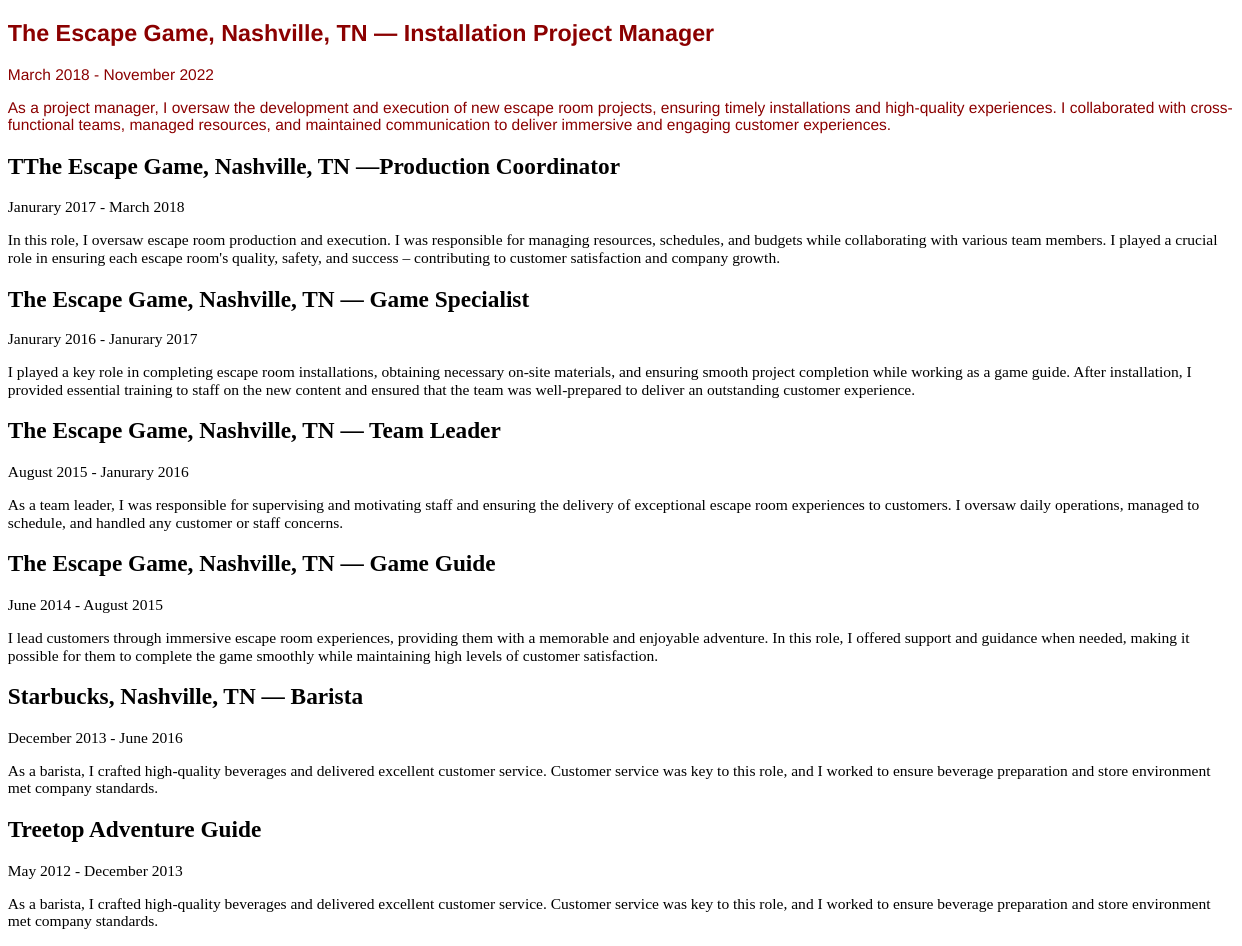
Repository: jgramirez0210/LAB-HTML-Resume
Page: index.html
An editor plug-in stored every save of this project. The page is shown before and after the next save, followed by the edit.
The browser window is 1280 px wide. The pictures show the whole page, at 97% of full size.

Above is the page before, as saved 2023-10-10 15:09:00.

After the next save:
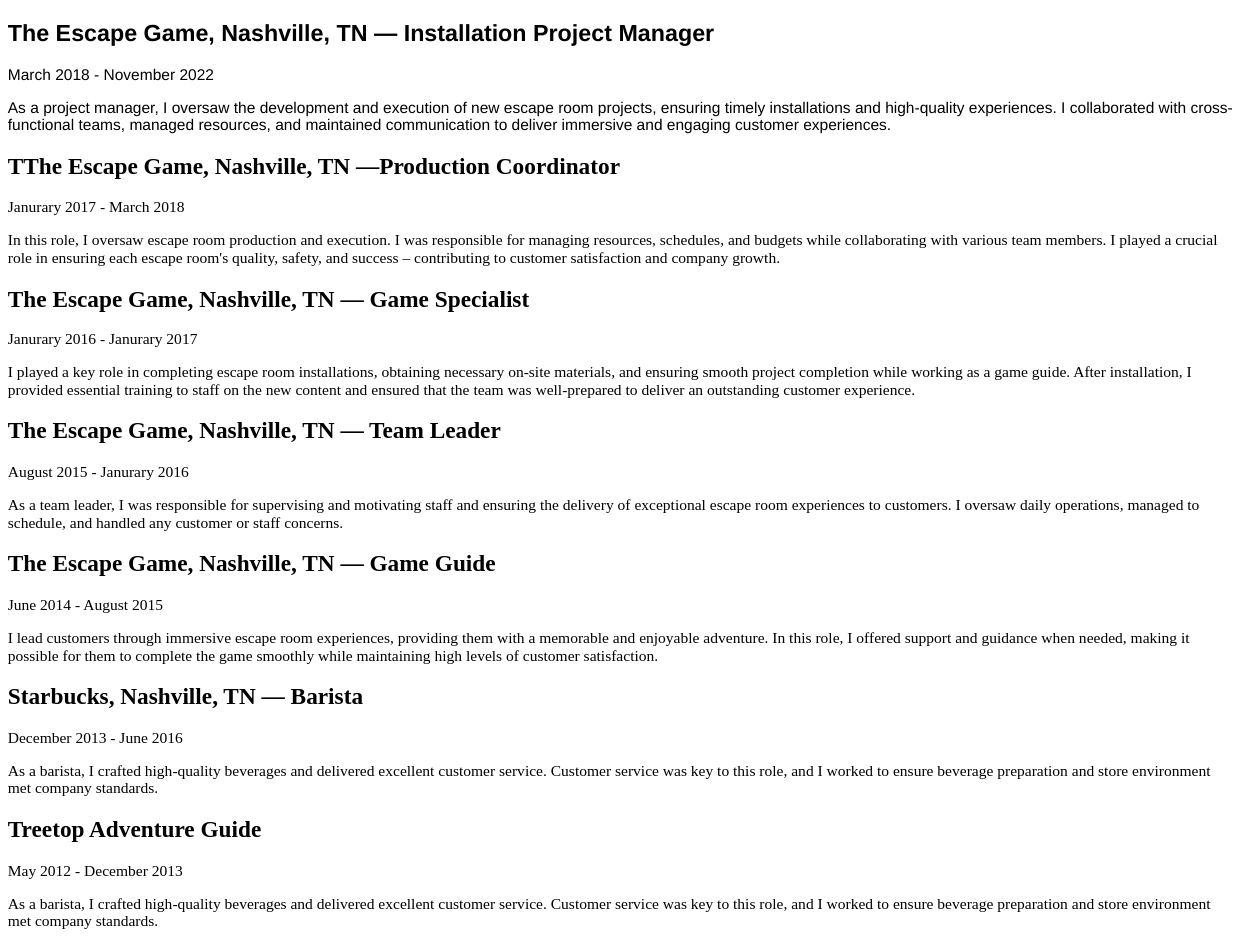
Saved 35 s later.
--- a/main.css
+++ b/main.css
@@ -1,4 +1,3 @@
 #job7 {
   font-family:'Franklin Gothic Medium', 'Arial Narrow', Arial, sans-serif;
-  color: #8b0000;
 }
